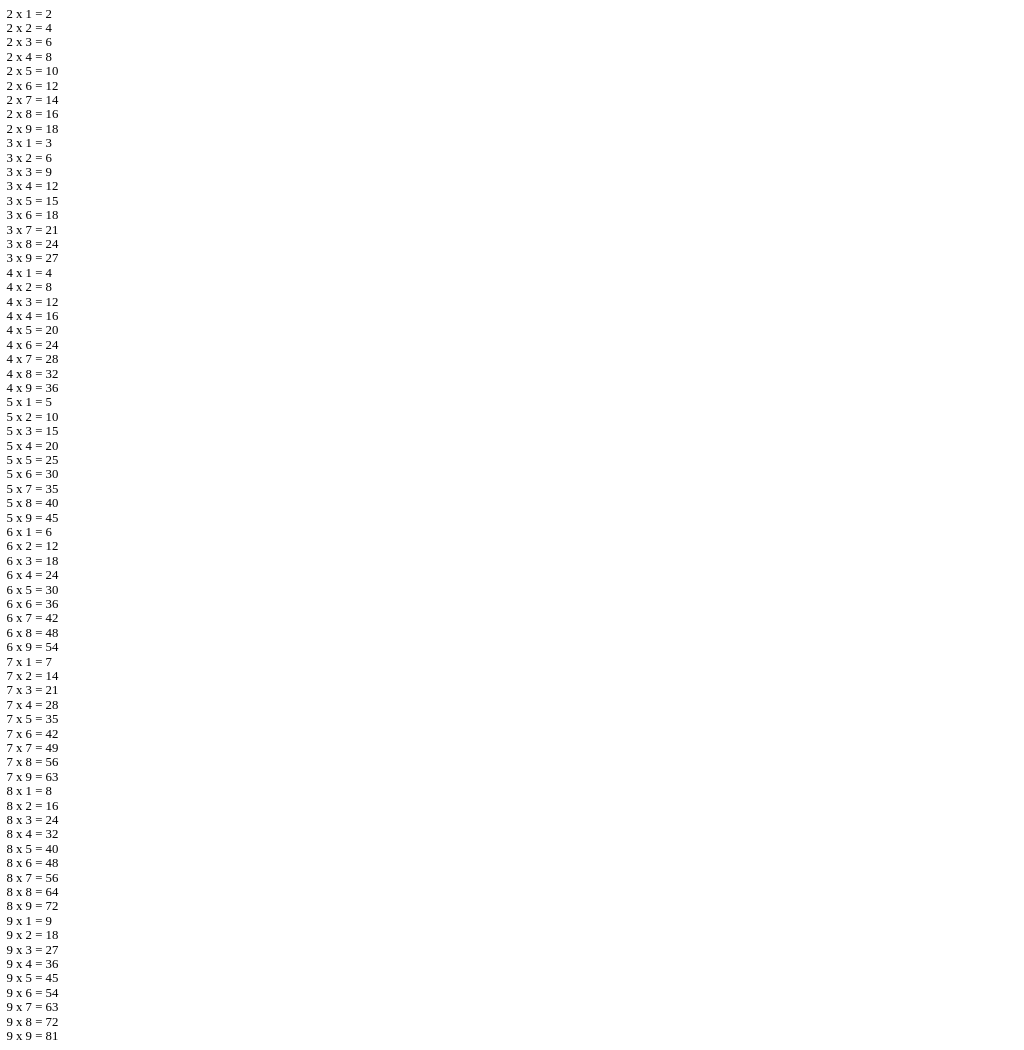
Repository: choikoya/JSP
Page: http://localhost/MissionJSP/gugudan1-2.jsp
The author's editor kept a copy of each file at every save. The page is drawn from the files as they stood at one save, then again after a run of saves.
The browser window is 1280 px wide. The pictures show the whole page, at 80% of full size.
The page is served by Tomcat 9.

Above is the page before, as saved 2024-06-11 03:04:22.

### MissionJSP/src/main/webapp/gugudan1-2.jsp
<%@ page language="java" contentType="text/html; charset=UTF-8"
    pageEncoding="UTF-8"%>

<!DOCTYPE html>
<html>
<head>
<meta charset="UTF-8">
<title>구구단</title>
</head>
<body>
<%
String dir= "hor";

//dir=hor 하면 2~9단 가로로 출력
//dir=ver 하면 세로로 출력



	if("hor".equals(dir)){

		for(int i=2; i<10; i++){
			for(int j=1; j<10; j++){
				out.println(i+ " x " + j + " = " + i*j + "<br/>");
			}
		}


		}



%>




</body>
</html>

After the next 4 saves:
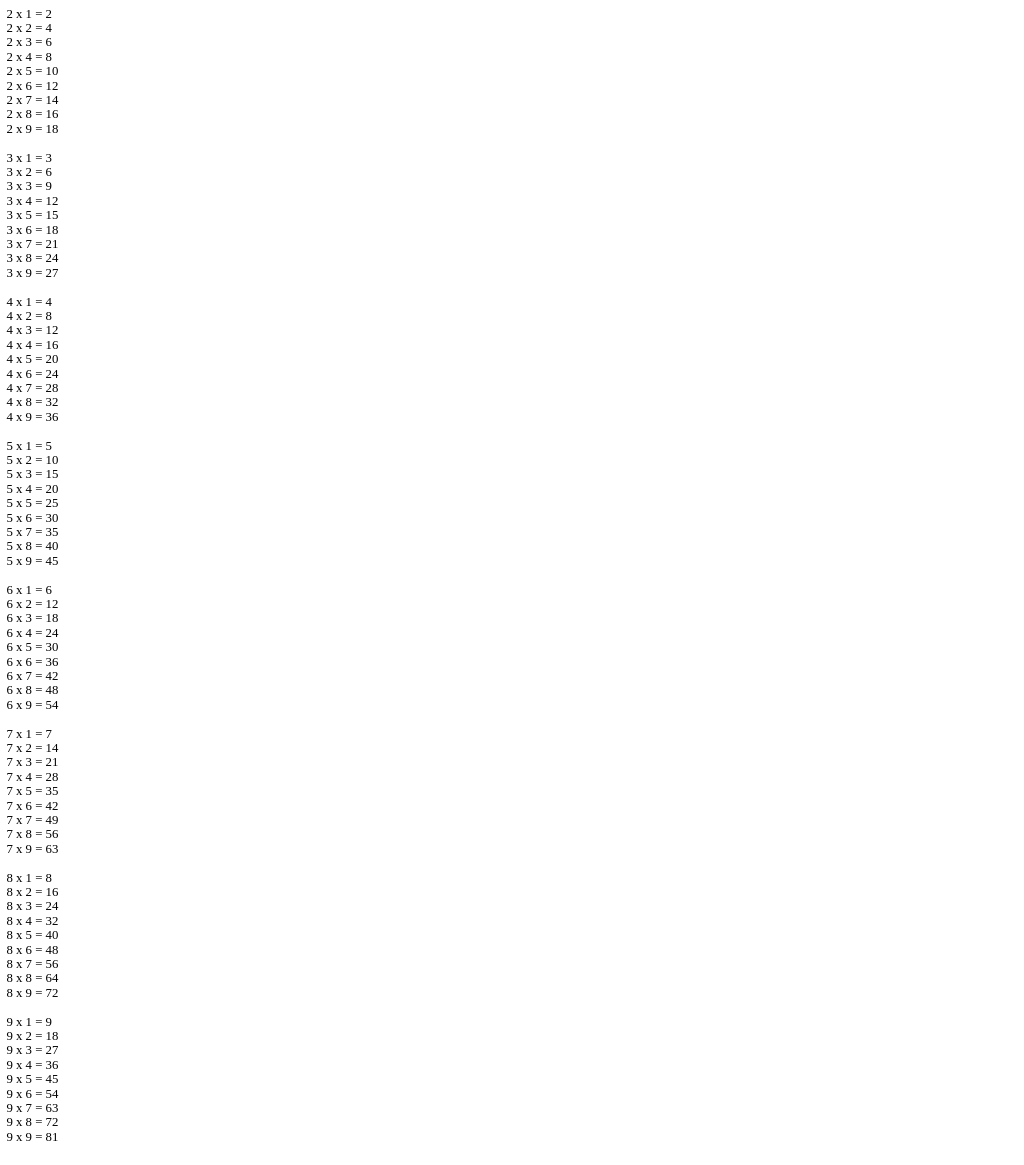
The 4 saves are shown as one change because 3 did not build or start.
The last was saved 5 min 30 s later.
--- a/MissionJSP/src/main/webapp/gugudan1-2.jsp
+++ b/MissionJSP/src/main/webapp/gugudan1-2.jsp
@@ -22,10 +22,19 @@
 			for(int j=1; j<10; j++){
 				out.println(i+ " x " + j + " = " + i*j + "<br/>");
 			}
+			out.print("<br>");
+		}
+	}else if("ver".equals(dir)){
+			for(int j=1; j<10; j++){
+				for(int i=2; i<10; i++){
+					out.print(i+ " x " + j + " = " + i*j);
+				}
+				out.print("<br>");
+			}
+
 		}
 
 
-		}
 
 
 
